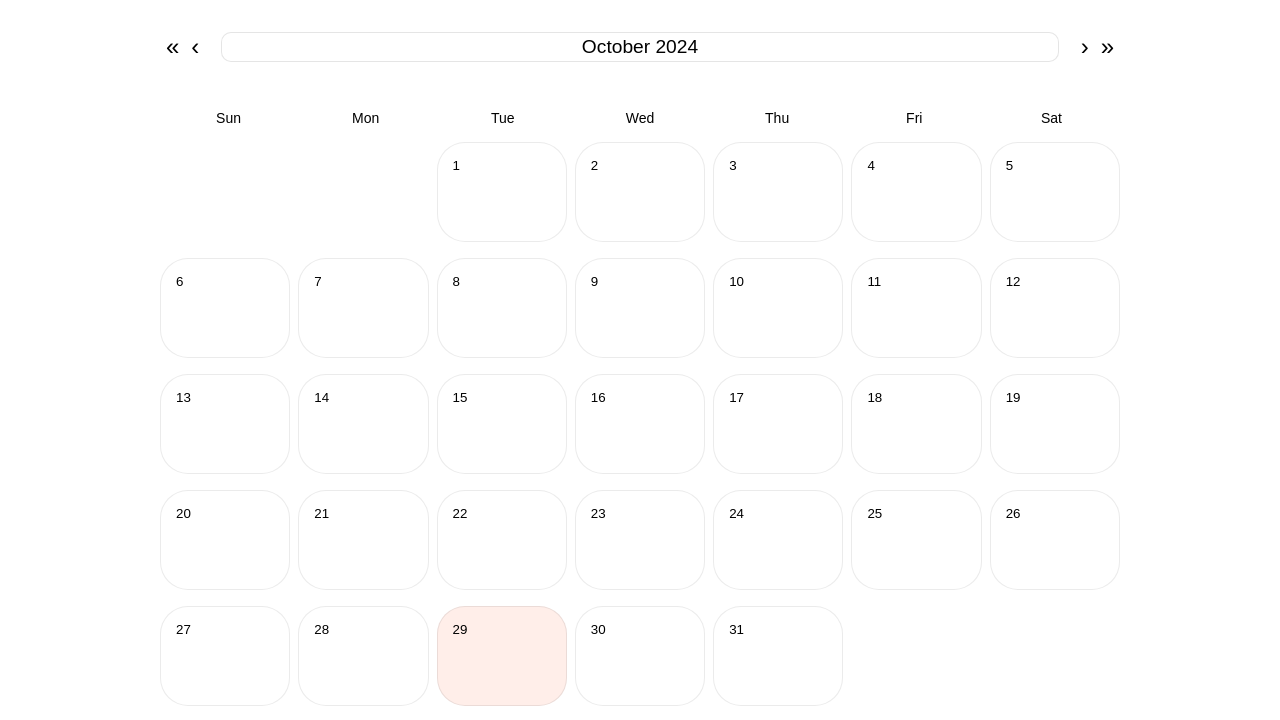
Repository: prgrms-fe-devcourse/NFE1-1-3-MOODI
Page: /
These files come from the project's save history. The page is drawn as it stood at one moment and after the next save; the edit follows.
The browser window is 1280 px wide. The pictures show the whole page.
The page's requests for data from a server got no answer. Some web fonts or font styles are not loaded; a fallback is used. The project was rebuilt for these pictures with package versions that can differ from the ones it lists, and the page was loaded fresh each time. No one was signed in, and anything a server would have sent is missing. Also part of the build but not shown: webpack.config.js.

Above is the page before, as saved 2024-10-29 14:53:00.

After the next save:
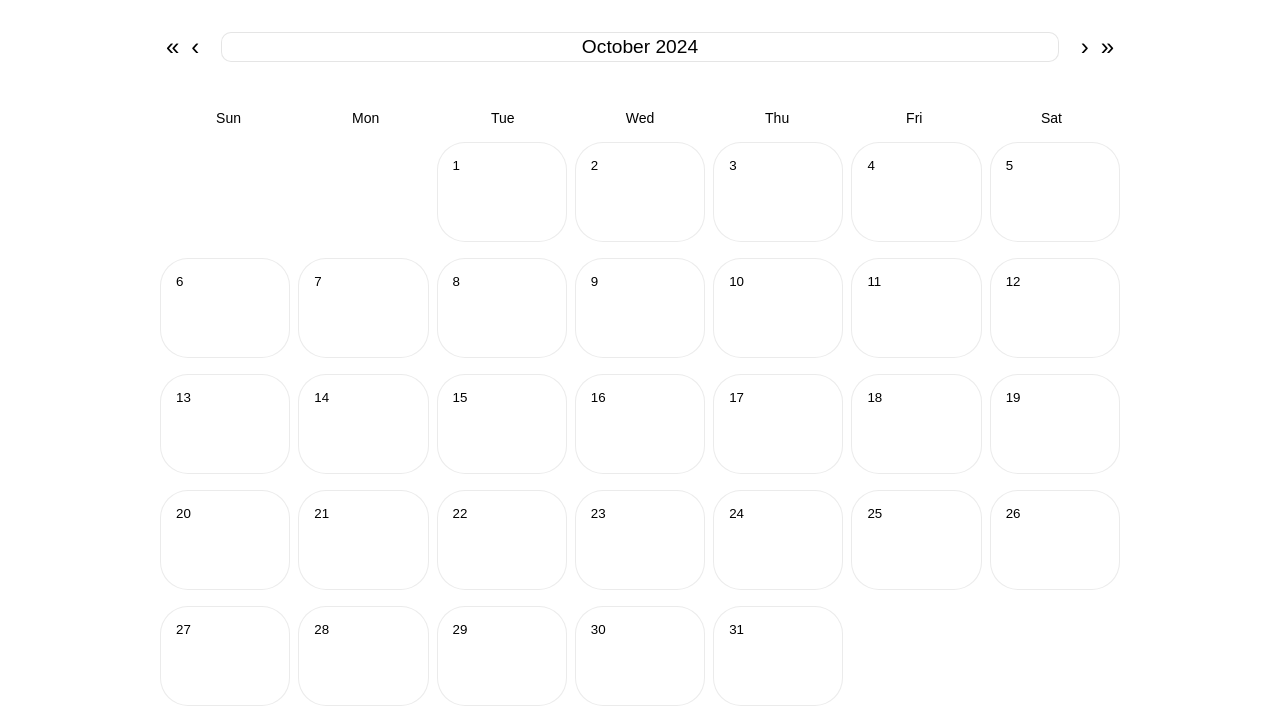
Saved 8 s later.
--- a/src/features/calendar/calendar-ui/calendarUiCss.ts
+++ b/src/features/calendar/calendar-ui/calendarUiCss.ts
@@ -120,13 +120,6 @@ export const StyledCalendar = styled(Calendar).attrs({
         }
     }
 
-    // 현재날짜
-    .react-calendar__tile--now {
-        background-color: #ffeee9;
-        border: 1px solid #ff480e;
-        color: black;
-    }
-
     //요일박스
     .react-calendar__month-view__weekdays {
         padding: 1rem 0;

After the 2 saves that followed:
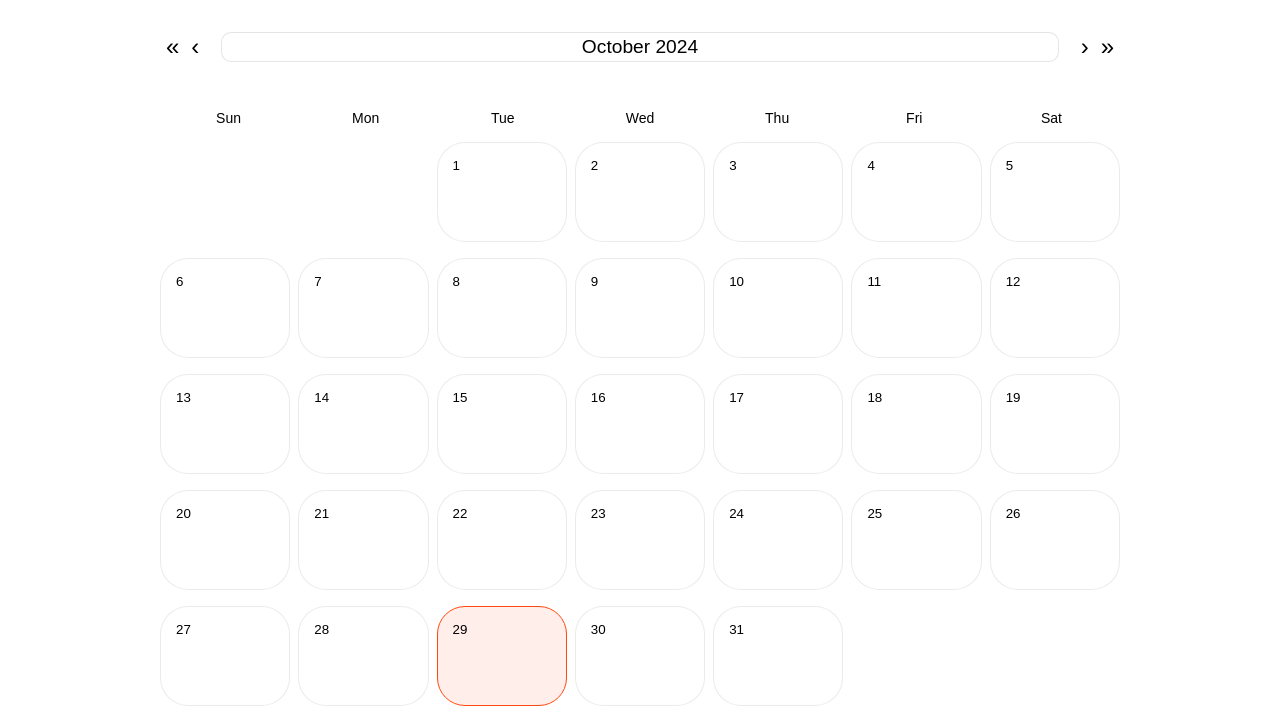
The 2 saves are shown as one change because they came seconds apart.
The last was saved 6 s later.
--- a/src/features/calendar/calendar-ui/calendarUiCss.ts
+++ b/src/features/calendar/calendar-ui/calendarUiCss.ts
@@ -113,6 +113,13 @@ export const StyledCalendar = styled(Calendar).attrs({
             }
         }
 
+        // 현재날짜
+        .react-calendar__tile--now {
+            background-color: #ffeee9;
+            border: 1px solid #ff480e;
+            color: black;
+        }
+
         // 앞뒤월의 날
         .react-calendar__month-view__days__day--neighboringMonth {
             visibility: hidden !important;
